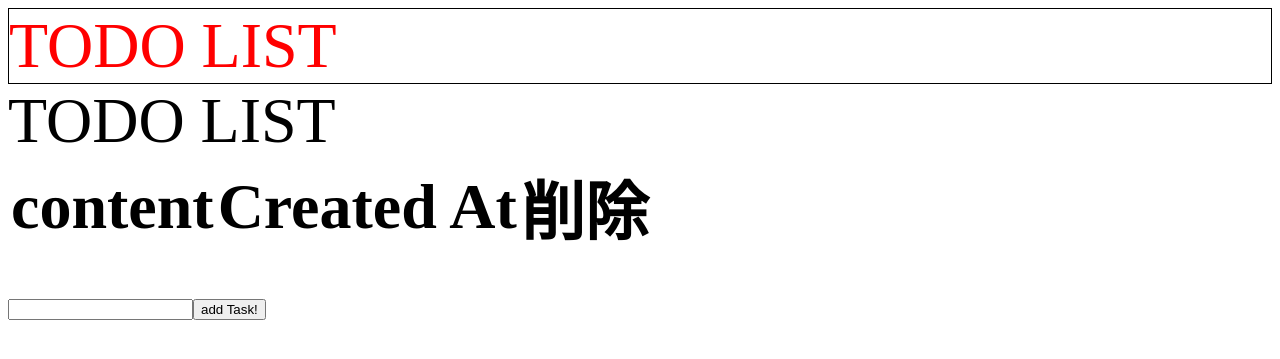
Repository: WistreHosshii/hacathon_todolList
Page: /
These files come from the project's save history. The page is drawn as it stood at one moment and after the next save; the edit follows.
The browser window is 1280 px wide. The pictures show the whole page.
The page's requests for data from a server got no answer. The project was rebuilt for these pictures with package versions that can differ from the ones it lists, and the page was loaded fresh each time. No one was signed in, and anything a server would have sent is missing.

Above is the page before, as saved 2019-06-10 23:50:52.

### index.html
<!DOCTYPE html>
<html lang="ja">

<head>
    <meta charset="UTF-8">
    <meta name="viewport" content="width=device-width, initial-scale=1.0">
    <meta http-equiv="X-UA-Compatible" content="ie=edge">
    <title>Document</title>
    <!-- <link rel="stylesheet" href="./index.css"> -->
</head>

<body>
    <div id="root"></div>
    <script src="./index.tsx"></script>
</body>

</html>

### App.tsx
import React, { Component } from 'react';
import { get, post, deleteTask } from './axios';
import styled from 'styled-components';

const CustomizedText = styled.div`
  font-size: 4rem;
  color: red;
  border: 1px solid black;
`;
const Body = styled.div`
  width: 100%;
  font-size: 4rem;
`;
interface Props {}
interface State {
  todos: Todo[];
  value: string;
}

export default class App extends Component<Props, State> {
  constructor(props: any) {
    super(props);
    this.state = {
      todos: [],
      value: '',
    };
    this.handleChange = this.handleChange.bind(this);
  }

  componentDidMount() {
    get().then(response => {
      const todos: Todo[] = response.data.todos;
      this.setState({ todos });
    });
  }
  addTaskHandler() {
    if (this.state.value !== '') {
      post(this.state.value).then(response => {
        const todo: Todo = response.data;
        this.setState(state => ({ todos: [...state.todos, todo] }));
        this.setState({ value: '' });
      });
    }
  }
  deleteTaskHandler(id: string) {
    deleteTask(id).then(response => {
      const todos = this.state.todos.filter(v => v.id !== id);
      this.setState({ todos });
    });
  }
  handleChange(event: any) {
    this.setState({ value: event.target.value });
  }

  render() {
    return (
      <Body>
        <div className="todoList">
          <CustomizedText>TODO LIST</CustomizedText>
          <div className="title">TODO LIST</div>
          <div className="contents">
            <table>
              <tbody>
                <tr>
                  <th>content</th>
                  <th>Created At</th>
                  <th>削除</th>
                </tr>

                {this.state.todos.reverse().map((todo, i) => {
                  return (
                    <tr key={i}>
                      <td>{todo.content}</td>
                      <td>{new Date(todo.createdAt).toLocaleString()}</td>
                      <td>
                        <button
                          onClick={() => {
                            this.deleteTaskHandler(todo.id);
                          }}
                        >
                          削除!
                        </button>
                      </td>
                    </tr>
                  );
                })}
              </tbody>
            </table>
          </div>
          <div className="computeTaskWrapper">
            <input type="text" value={this.state.value} onChange={this.handleChange} />
            <button
              className="btn"
              onClick={() => {
                this.addTaskHandler();
              }}
            >
              add Task!
            </button>
          </div>
        </div>
      </Body>
    );
  }
}

### axios.tsx
import axios from 'axios';
import App from './App';

const url = 'http://hackathon-test-server.jichoup.trap.show/';
export const get = () => {
  return axios.get(url);
};
export const post = (value: string) => {
  const content: TodoList.Post.Request = { content: value };
  return axios.post(url, content);
};
export const deleteTask = (_id: string) => {
  const id: TodoList.Delete.Request = { id: _id };
  return axios.delete(url, { data: id });
};

Loaded but not shown: index.tsx (common file)

After the next save:
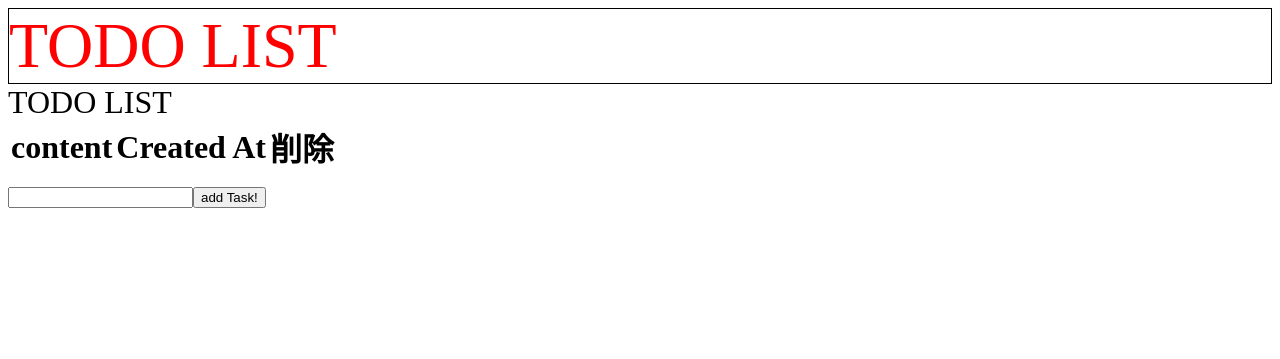
Saved 9 s later.
--- a/App.tsx
+++ b/App.tsx
@@ -9,7 +9,7 @@ const CustomizedText = styled.div`
 `;
 const Body = styled.div`
   width: 100%;
-  font-size: 4rem;
+  font-size: 2rem;
 `;
 interface Props {}
 interface State {
